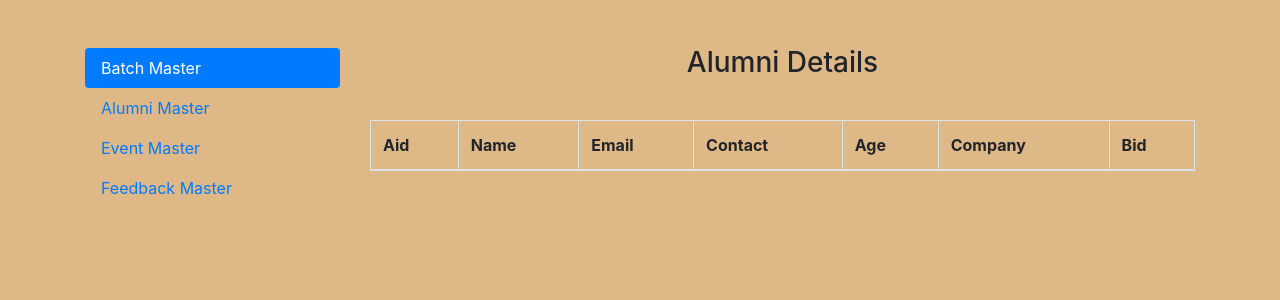
Repository: Shreyash1107/Web_Projects
Page: http://localhost/AlumnieventmanagementApplication/Viewalumni.jsp
These files come from the project's save history. The page is drawn as it stood at one moment and after the next save; the edit follows.
The browser window is 1280 px wide. The pictures show the whole page.
The page is served by Tomcat 9. Nobody is signed in. The application's start-up code is not run. Other server files are loaded and not shown. Queries for data that is not in the repository find no rows.

Above is the page before, as saved 2024-07-30 08:02:08.

### AlumnieventmanagementApplication/src/main/webapp/Viewalumni.jsp
<%@page import="org.techhub.service.*"%>
<%@page import="org.techhub.model.*"%>
<%@page import="java.util.*"%>
<%@ page language="java" contentType="text/html; charset=ISO-8859-1"
	pageEncoding="ISO-8859-1"%>
<!DOCTYPE html>
<html>
<head>
<meta charset="ISO-8859-1">
<title>View Alumni</title>
<link rel="stylesheet"
	href="https://cdn.jsdelivr.net/npm/bootstrap@4.0.0/dist/css/bootstrap.min.css"
	integrity="sha384-Gn5384xqQ1aoWXA+058RXPxPg6fy4IWvTNh0E263XmFcJlSAwiGgFAW/dAiS6JXm"
	crossorigin="anonymous">
	<link rel="stylesheet" href="CSS/view.css"/>
</head>
<body>
	<div class="container mt-5">
		<div class="row">
			<div class="col-md-3">
				<div class="nav flex-column nav-pills menubar" id="v-pills-tab"
					role="tablist" aria-orientation="vertical">
					<a class="nav-link active" id="v-pills-home-tab" data-toggle="pill"
						href="index.jsp" role="tab" aria-controls="v-pills-home"
						aria-selected="true">Batch Master</a> <a class="nav-link"
						id="v-pills-profile-tab" data-toggle="pill"
						href="Alumnimaster.jsp" role="tab" aria-controls="v-pills-profile"
						aria-selected="false">Alumni Master</a> <a class="nav-link"
						id="v-pills-messages-tab" data-toggle="pill"
						href="#v-pills-messages" role="tab"
						aria-controls="v-pills-messages" aria-selected="false">Event
						Master</a> <a class="nav-link" id="v-pills-settings-tab"
						data-toggle="pill" href="#v-pills-settings" role="tab"
						aria-controls="v-pills-settings" aria-selected="false">Feedback
						Master</a>
				</div>
			</div>
			<div class="col-md-9 content">
				<div class="tab-content" id="v-pills-tabContent">
					<div class="tab-pane fade show active" id="v-pills-home"
						role="tabpanel" aria-labelledby="v-pills-home-tab">
						<div class="form-container mt-5">
						<center>
							<h3 class="heading">
								Alumni Details
							</h3>
						</center>
							<table class="table table-bordered">
								<thead>
									<tr>
										<th scope="col">Aid</th>
										<th scope="col">Name</th>
										<th scope="col">Email</th>
										<th scope="col">Contact</th>
										<th scope="col">Age</th>
										<th scope="col">Company</th>
										<th scope="col">Bid</th>
									</tr>
								</thead>
								<tbody>
									<%
									Alumnimasterservice amservice = new AlumniMasterServiceImpl();
									Vector<AlumniMasterModel> vect = amservice.getalumni();
									if (vect != null) {
										for (AlumniMasterModel amodel : vect) {
									%>
									<tr>
										<td><%=amodel.getid()%></td>
										<td><%=amodel.getname()%></td>
										<td><%=amodel.getEmail()%></td>
										<td><%=amodel.getContact()%></td>
										<td><%=amodel.getAge()%></td>
										<td><%=amodel.getCompany()%></td>
										<td><%=amodel.getBid()%></td>
									</tr>
									<%
									}
									}
									%>
								</tbody>
							</table>
						</div>
					</div>
					<div class="tab-pane fade" id="v-pills-profile" role="tabpanel"
						aria-labelledby="v-pills-profile-tab"></div>
					<div class="tab-pane fade" id="v-pills-messages" role="tabpanel"
						aria-labelledby="v-pills-messages-tab"></div>
					<div class="tab-pane fade" id="v-pills-settings" role="tabpanel"
						aria-labelledby="v-pills-settings-tab"></div>
				</div>
			</div>
		</div>
	</div>
</body>
</html>

### AlumnieventmanagementApplication/src/main/java/org/techhub/service/Alumnimasterservice.java
package org.techhub.service;

import java.util.Vector;

import org.techhub.model.AlumniMasterModel;

public interface Alumnimasterservice
{
	public boolean isAlumniAdded(AlumniMasterModel am);
	public Vector<AlumniMasterModel> getalumni();
	public boolean isAlumniUpdated(AlumniMasterModel am);
	public boolean isAlumnidelete(AlumniMasterModel am);
}

### AlumnieventmanagementApplication/src/main/java/org/techhub/service/AlumniMasterServiceImpl.java
package org.techhub.service;

import java.util.Vector;

import org.techhub.model.AlumniMasterModel;
import org.techhub.repository.AlumniMasterModelrepositoryImpl;
import org.techhub.repository.Alumnirepository;

public class AlumniMasterServiceImpl implements Alumnimasterservice
{
	Alumnirepository amrepo = new AlumniMasterModelrepositoryImpl();
	public boolean isAlumniAdded(AlumniMasterModel am)
	{
		return amrepo.isAlumniAdded(am);
	}
	public Vector<AlumniMasterModel> getalumni()
	{
		Vector v = amrepo.getalumni();
		return v;
	}
	public boolean isAlumniUpdated(AlumniMasterModel am)
	{
		return amrepo.isAlumniUpdated(am);
	}
	public boolean isAlumnidelete(AlumniMasterModel am)
	{
		return amrepo.isAlumnidelete(am);
	}
}

### AlumnieventmanagementApplication/src/main/java/org/techhub/repository/Alumnirepository.java
package org.techhub.repository;

import java.util.Vector;

import org.techhub.model.AlumniMasterModel;

public interface Alumnirepository
{
	public boolean isAlumniAdded(AlumniMasterModel am);
	public Vector<AlumniMasterModel> getalumni();
	public boolean isAlumniUpdated(AlumniMasterModel am);
	public boolean isAlumnidelete(AlumniMasterModel am);
}

### AlumnieventmanagementApplication/src/main/java/org/techhub/repository/DB.java
package org.techhub.repository;

import java.sql.Connection;
import java.sql.DriverManager;
import java.sql.PreparedStatement;
import java.sql.ResultSet;
import java.sql.SQLException;

public class DB
{
	protected Connection conn;
	protected ResultSet rs;
	protected PreparedStatement pstmt;
	public DB()
	{
		try
		{
			Class.forName("com.mysql.cj.jdbc.Driver");
		}
		catch (ClassNotFoundException e)
		{
			e.printStackTrace();
		}
		try
		{
			conn = DriverManager.getConnection("jdbc:mysql://localhost:3306/alumnimanagement", "root", "Shreyash@123");
		}
		catch (SQLException e)
		{
			e.printStackTrace();
		}
	}
}

### AlumnieventmanagementApplication/src/main/java/org/techhub/repository/AlumniMasterModelrepositoryImpl.java
package org.techhub.repository;

import java.util.Vector;

import org.techhub.model.AlumniMasterModel;

public class AlumniMasterModelrepositoryImpl extends DB implements Alumnirepository
{
	Vector<AlumniMasterModel> vect = null;
	public boolean isAlumniAdded(AlumniMasterModel am)
	{
		int val;
		try
		{
			pstmt = conn.prepareStatement("insert into alumnimaster values('0',?,?,?,?,?,?)");
			pstmt.setString(1, am.getname());
			pstmt.setString(2, am.getEmail());
			pstmt.setString(3, am.getContact());
			pstmt.setInt(4, am.getAge());
			pstmt.setString(5, am.getCompany());
			pstmt.setInt(6, am.getBid());
			val = pstmt.executeUpdate();
			return val>0?true:false;
		}
		catch(Exception ex)
		{
			ex.printStackTrace();
			return false;
		}
	}
	public Vector<AlumniMasterModel> getalumni()
	{
		vect = new Vector<AlumniMasterModel>();
		try
		{
			pstmt = conn.prepareStatement("select *from Alumnimaster");
			rs = pstmt.executeQuery();
			while(rs.next())
			{
				AlumniMasterModel amodel = new AlumniMasterModel();
				amodel.setAid(rs.getInt(1));
				amodel.setname(rs.getString(2));
				amodel.setEmail(rs.getString(3));
				amodel.setContact(rs.getString(4));
				amodel.setAge(rs.getInt(5));
				amodel.setCompany(rs.getString(6));
				amodel.setBid(rs.getInt(7));
				vect.add(amodel);
			}
			return vect.size()>0?vect:null;
		}
		catch(Exception ex)
		{
			ex.printStackTrace();
		}
		return null;
	}
	public boolean isAlumniUpdated(AlumniMasterModel am)
	{
		int val;
		try
		{
			pstmt = conn.prepareStatement("update Alumnimaster set Name = ?,Email = ?,Contact=?,Age = ?, Company = ?, Bid = ? where Aid = ?");
			pstmt.setString(1, am.getname());
			pstmt.setString(2, am.getEmail());
			pstmt.setString(3, am.getContact());
			pstmt.setInt(4, am.getAge());
			pstmt.setString(5, am.getCompany());
			pstmt.setInt(6, am.getBid());
			pstmt.setInt(7, am.getid());
			val = pstmt.executeUpdate();
			return val>0?true:false;
		}
		catch(Exception ex)
		{
			ex.printStackTrace();
			return false;
		}
	}
	public boolean isAlumnidelete(AlumniMasterModel am)
	{
		int val;
		try
		{
			pstmt = conn.prepareStatement("delete from Alumnimaster where Aid = ?");
			pstmt.setInt(1, am.getid());
			val = pstmt.executeUpdate();
			return val>0?true:false;
		}
		catch(Exception ex)
		{
			ex.printStackTrace();
			return false;
		}
	}
}

### AlumnieventmanagementApplication/src/main/webapp/CSS/view.css
@charset "ISO-8859-1";
.heading
{
	margin-top: -50px;
	margin-bottom: 40px;
}
body
{
	background-color:burlywood
}

After the next save:
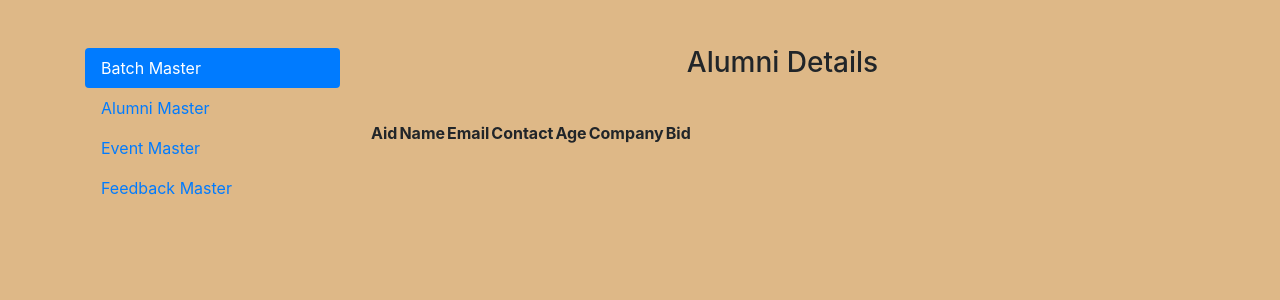
Saved 9 h 16 min later.
--- a/AlumnieventmanagementApplication/src/main/webapp/Viewalumni.jsp
+++ b/AlumnieventmanagementApplication/src/main/webapp/Viewalumni.jsp
@@ -45,7 +45,7 @@
 								Alumni Details
 							</h3>
 						</center>
-							<table class="table table-bordered">
+							<table class="table-responsive-sm">
 								<thead>
 									<tr>
 										<th scope="col">Aid</th>
